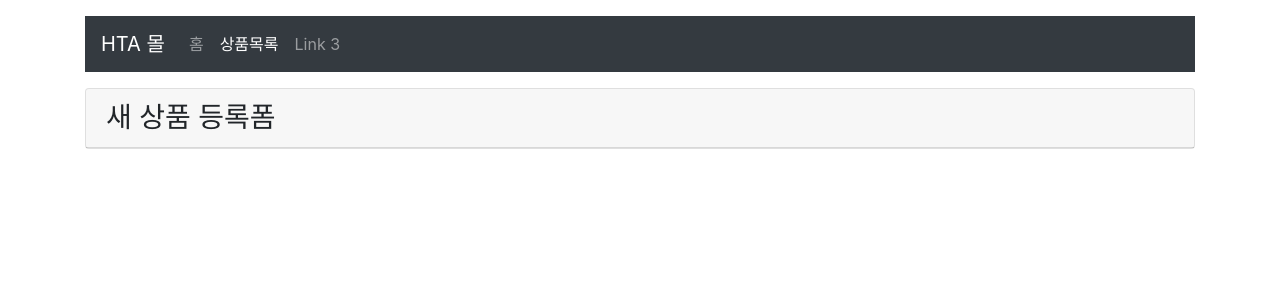
Repository: onuo77/HTA
Page: http://localhost/sample-mybatis/product/form.jsp
An editor plug-in stored every save of this project. The page is shown before and after the next save, followed by the edit.
The browser window is 1280 px wide. The pictures show the whole page.
The page is served by Tomcat 9. Other server files are loaded and not shown.

Above is the page before, as saved 2021-05-26 05:20:37.

### java-web/sample-mybatis/src/main/webapp/product/form.jsp
<%@ page contentType="text/html; charset=UTF-8" pageEncoding="UTF-8" %>
<!DOCTYPE html>
<html lang="ko">
<head>
  	<title>Bootstrap 4 Example</title>
  	<meta charset="utf-8">
  	<meta name="viewport" content="width=device-width, initial-scale=1">
  	<link rel="stylesheet" href="https://maxcdn.bootstrapcdn.com/bootstrap/4.5.2/css/bootstrap.min.css">
  	<script src="https://ajax.googleapis.com/ajax/libs/jquery/3.5.1/jquery.min.js"></script>
  	<script src="https://cdnjs.cloudflare.com/ajax/libs/popper.js/1.16.0/umd/popper.min.js"></script>
  	<script src="https://maxcdn.bootstrapcdn.com/bootstrap/4.5.2/js/bootstrap.min.js"></script>
</head>
<body>
<div class="container">
<%
	String navItem = "product";
%>
	<header>
		<%@include file="../common/header.jsp" %>
	</header>
	<main>
		<div class="row">
			<div class="col-12">
				<div class="card">
					<h3 class="card-header">새 상품 등록폼</h3>
				</div>
			</div>
		</div>
	</main>
	<footer>

	</footer>
</div>
</body>
</html>

### java-web/sample-mybatis/src/main/webapp/common/header.jsp
<%@ page pageEncoding="UTF-8"%>
<nav class="navbar navbar-expand-sm bg-dark navbar-dark my-3">
	<a class="navbar-brand" href="">HTA 몰</a>
  	<ul class="navbar-nav">
    	<li class="nav-item <%="home".equals(navItem) ? "active" : "" %>"><a class="nav-link" href="/sample-mybatis/index.jsp">홈</a></li>
    	<li class="nav-item <%="product".equals(navItem) ? "active" : "" %>"><a class="nav-link" href="/sample-mybatis/product/list.jsp">상품목록</a></li>
    	<li class="nav-item"><a class="nav-link" href="#">Link 3</a></li>
  	</ul>
</nav>

After the next save:
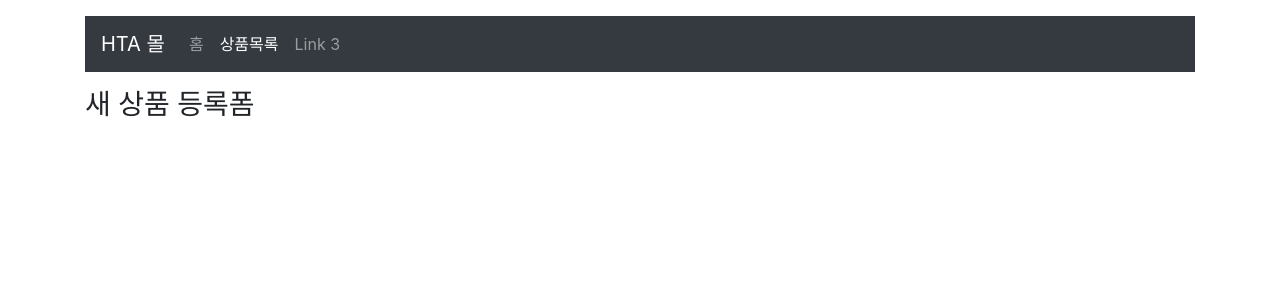
Saved 99 s later.
--- a/java-web/sample-mybatis/src/main/webapp/product/form.jsp
+++ b/java-web/sample-mybatis/src/main/webapp/product/form.jsp
@@ -21,9 +21,7 @@
 	<main>
 		<div class="row">
 			<div class="col-12">
-				<div class="card">
-					<h3 class="card-header">새 상품 등록폼</h3>
-				</div>
+				<h3>새 상품 등록폼</h3>
 			</div>
 		</div>
 	</main>
